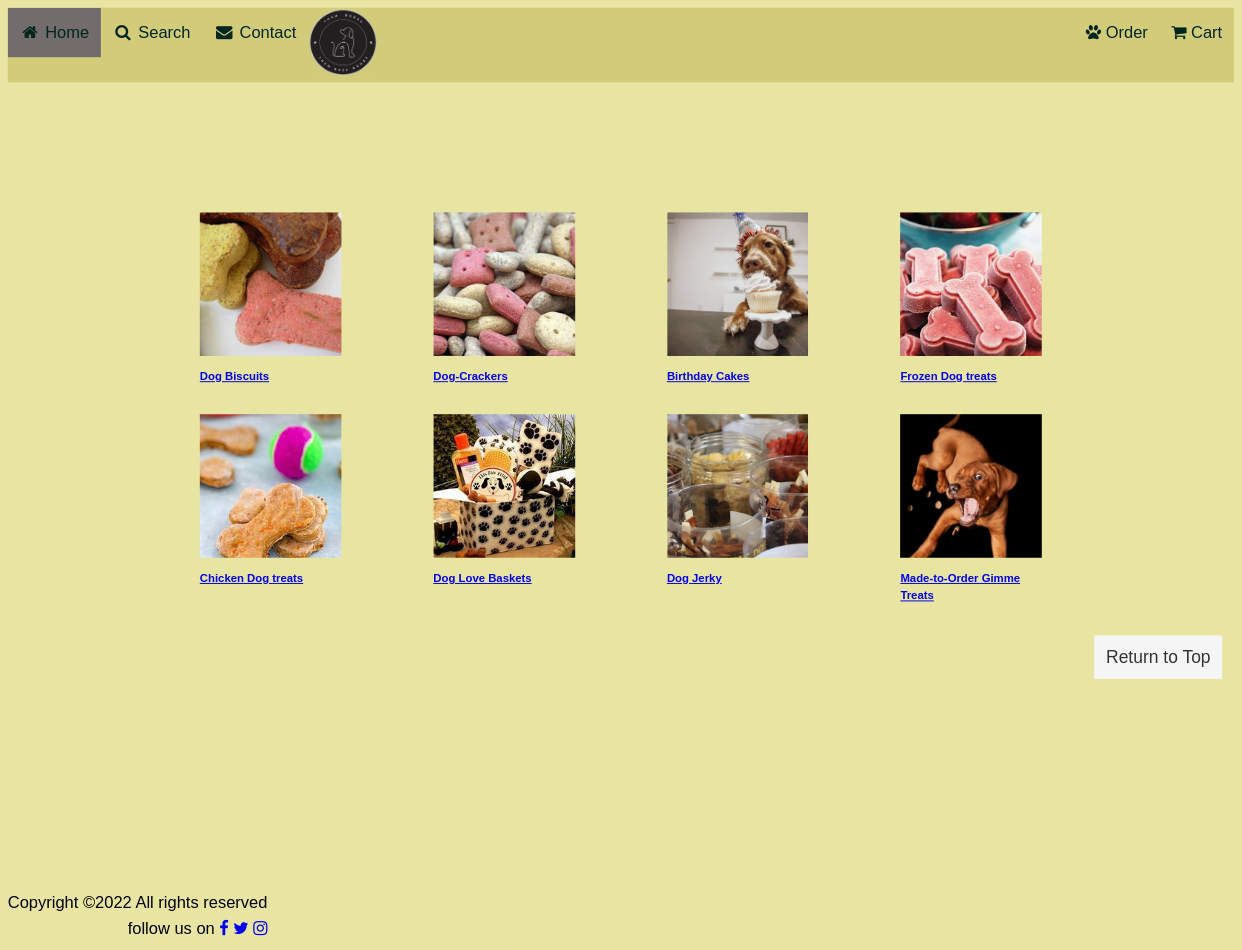
Repository: vgoins-RA2022/HTML-1
Page: index.html
These files come from the project's save history. The page is drawn as it stood at one moment and after the next save; the edit follows.
The browser window is 1280 px wide. The pictures show the whole page, at 97% of full size.

Above is the page before, as saved 2023-01-21 20:24:14.

After the next save:
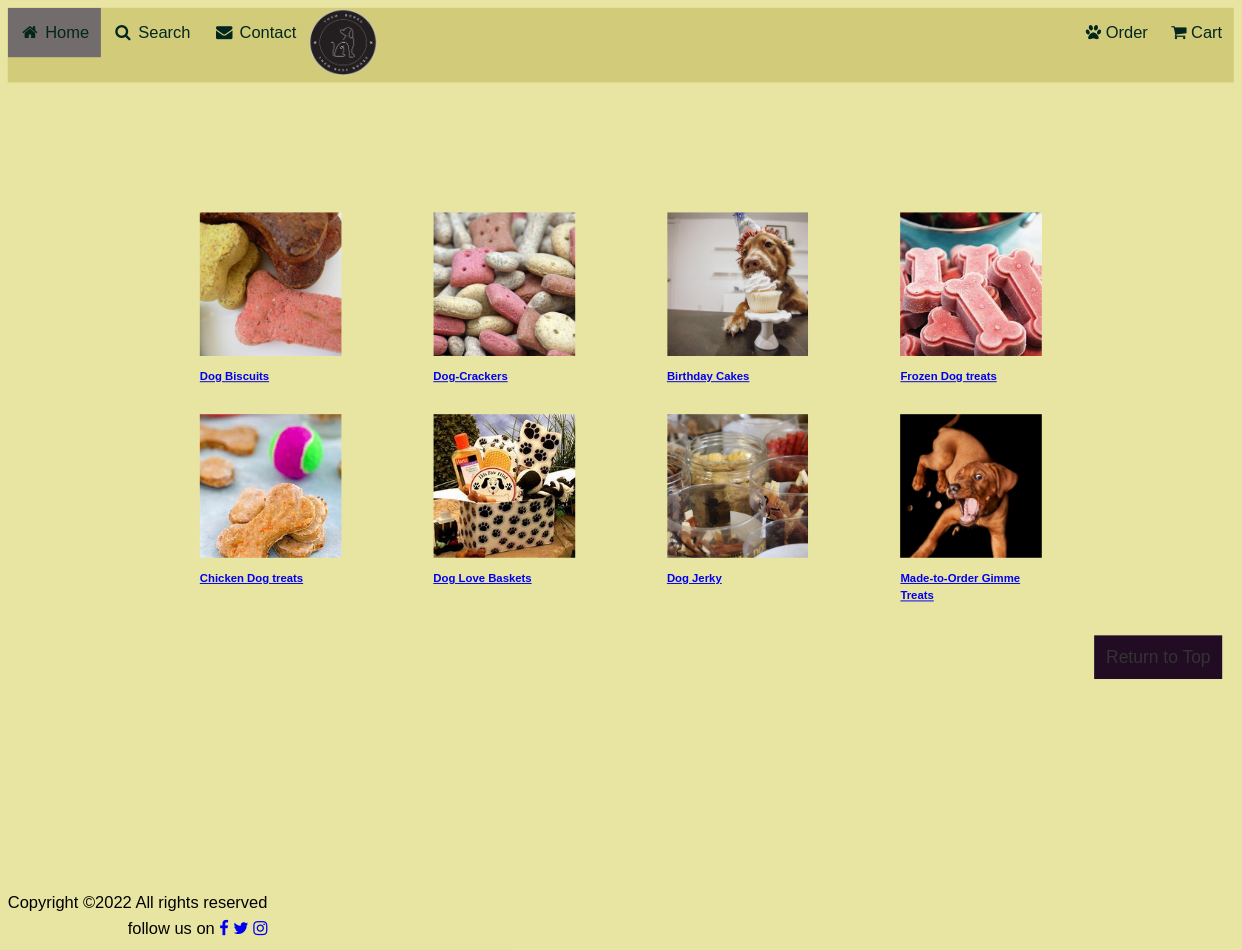
Saved 67 s later.
--- a/src/css/Style.css
+++ b/src/css/Style.css
@@ -143,7 +143,7 @@ body {
   position: fixed;
   bottom: 20px;
   right: 20px;
-  background-color: #f5f5f5;
+  background-color: #210c23;
   color: #333;
   font-size: 18px;
   padding: 12px;
